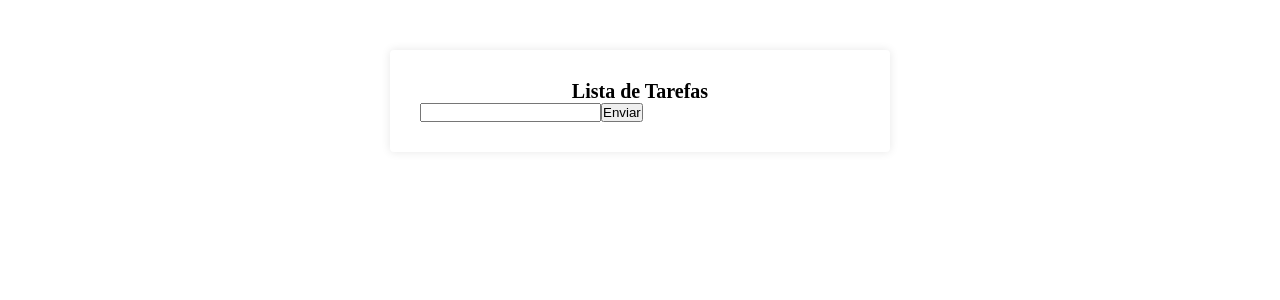
Repository: FellipeMiguel/lista-de-tarefas
Page: /
These files come from the project's save history. The page is drawn as it stood at one moment and after the next save; the edit follows.
The browser window is 1280 px wide. The pictures show the whole page.
The project was rebuilt for these pictures with package versions that can differ from the ones it lists, and the page was loaded fresh each time.

Above is the page before, as saved 2023-06-14 23:20:09.

After the next save:
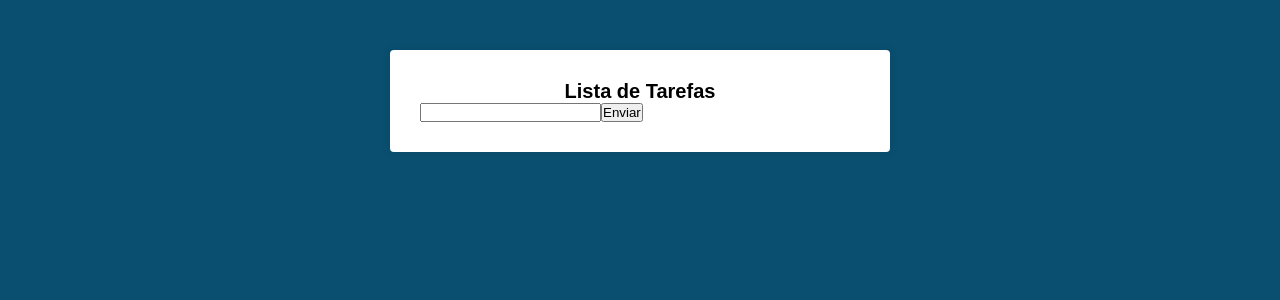
Saved 20 s later.
--- a/src/App.css
+++ b/src/App.css
@@ -4,3 +4,8 @@
   outline: 0;
   box-sizing: border-box;
 }
+
+body {
+  font-family: sans-serif;
+  background: #0a4f70;
+}
